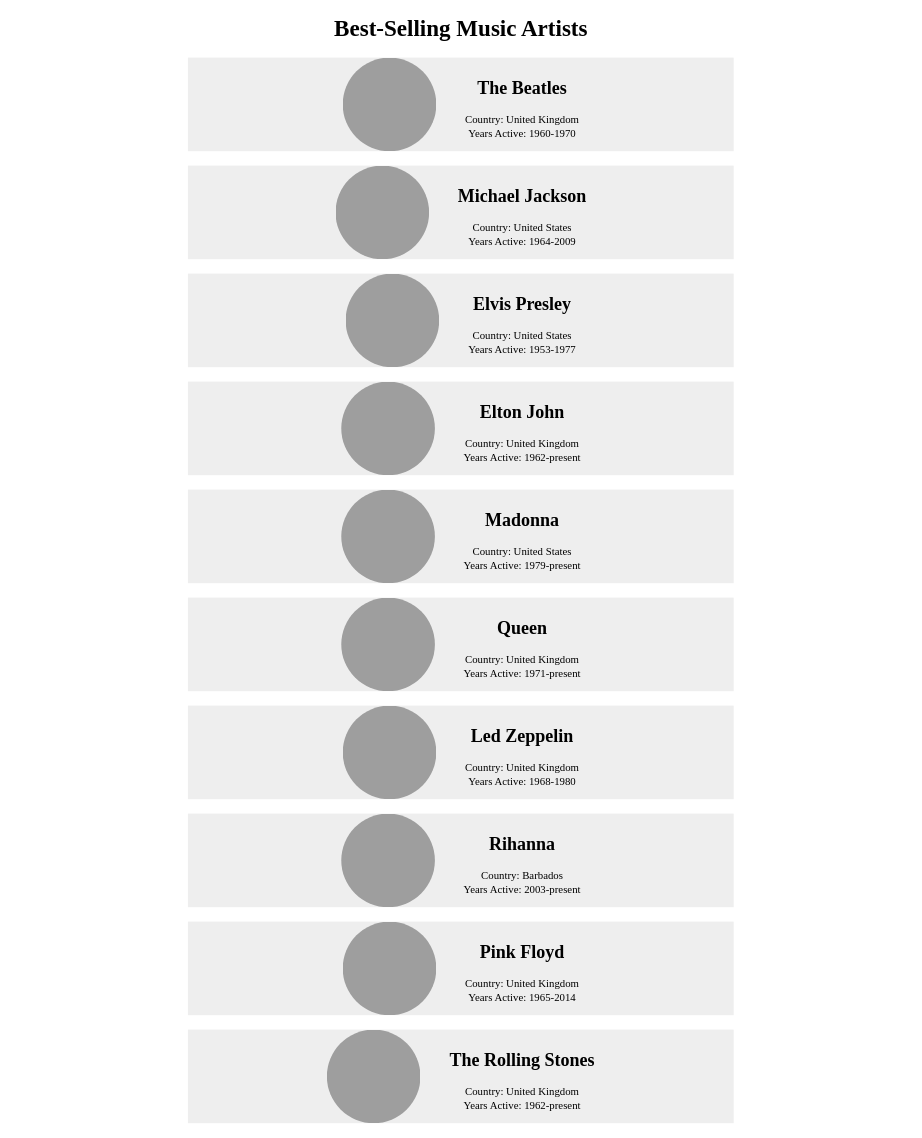
Repository: SamanthaYan298/my_artists
Page: /
An editor plug-in stored every save of this project. The page is shown before and after the next save, followed by the edit.
The browser window is 1280 px wide. The pictures show the whole page, at 72% of full size.
Pictures or frames that could not be fetched are drawn as grey boxes. The project was rebuilt for these pictures with package versions that can differ from the ones it lists, and the page was loaded fresh each time. Also part of the build but not shown: vite.config.js.

Above is the page before, as saved 2024-09-16 18:21:56.

After the next save:
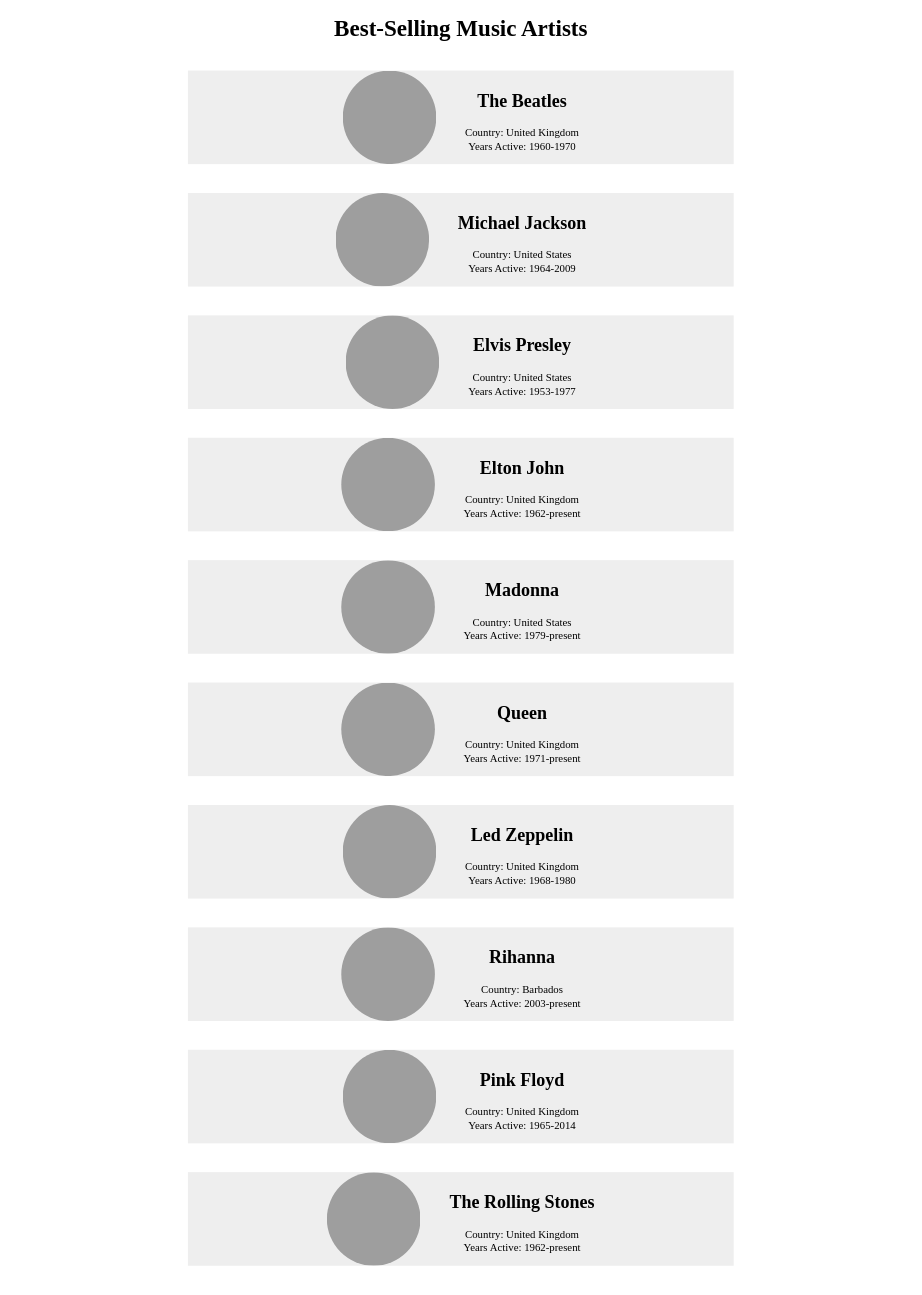
Saved 9 s later.
--- a/src/index.css
+++ b/src/index.css
@@ -1,7 +1,6 @@
 .layout {
     align-items: center;
     text-align: center;
-
 }
 
 .main-containter {
@@ -13,7 +12,7 @@
     font-size: 15px;
     width: 60%;
     background-color: #eee;
-    margin: 20px auto;
+    margin: 40px auto;
 }
 
 .names {

After the save that followed:
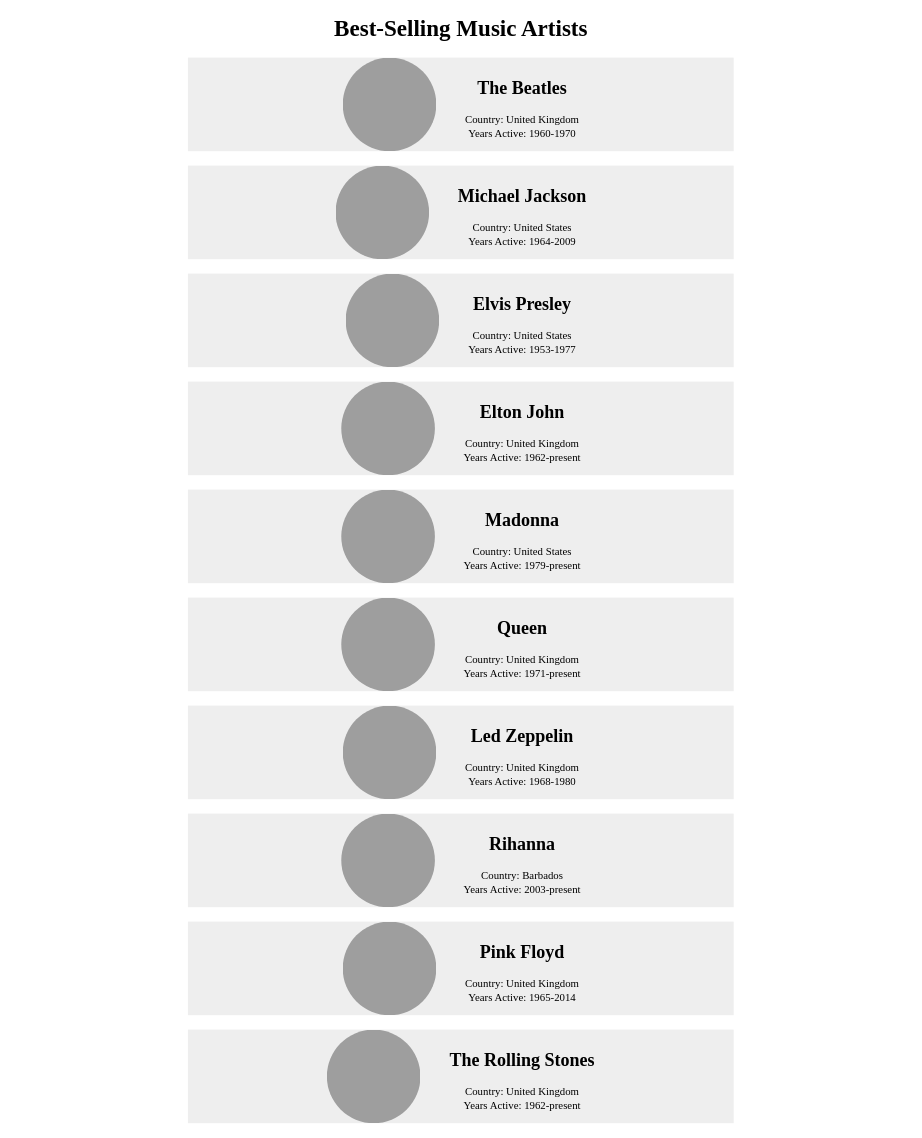
Saved 5 s later.
--- a/src/index.css
+++ b/src/index.css
@@ -12,7 +12,7 @@
     font-size: 15px;
     width: 60%;
     background-color: #eee;
-    margin: 40px auto;
+    margin: 20px auto;
 }
 
 .names {
